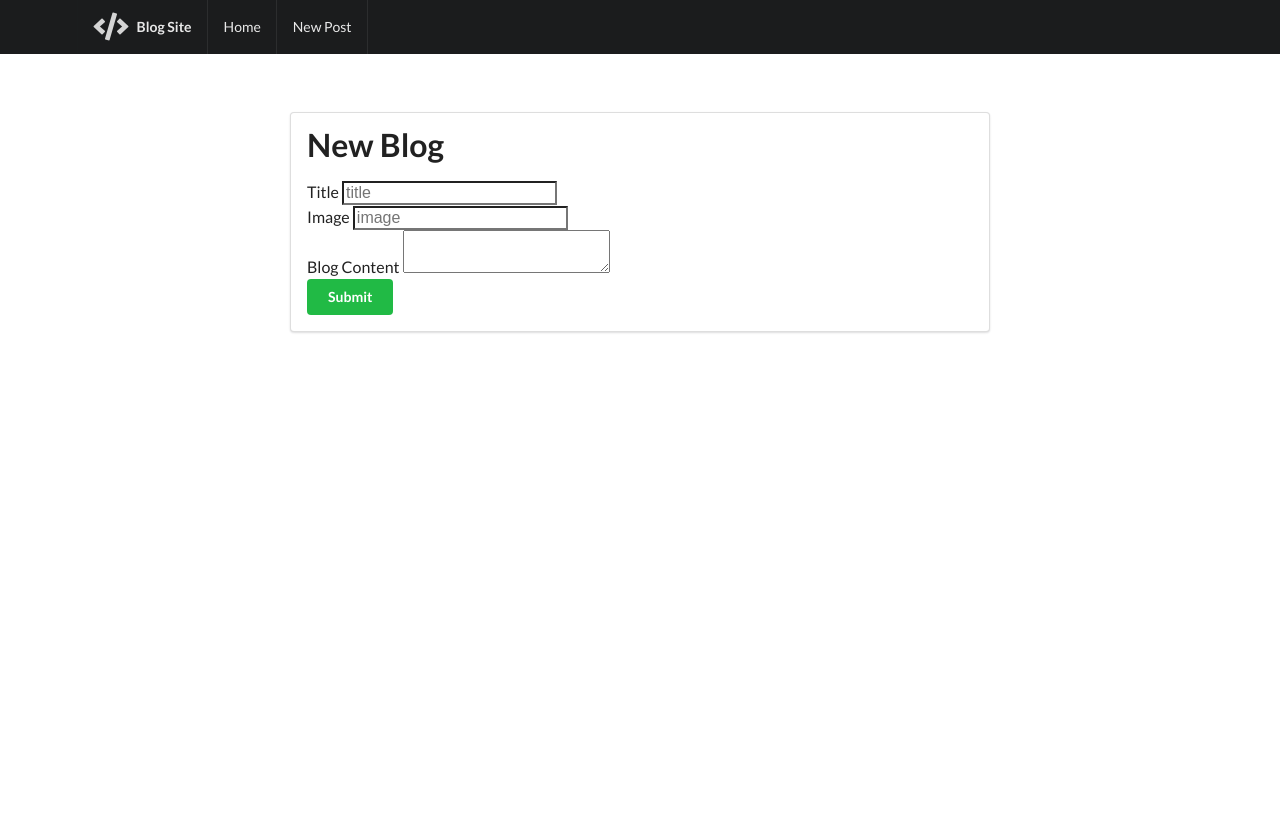
Repository: bosicheng/yelpcamp-project
Page: http://localhost/blogs/new
The author's editor kept a record of every edit. The page is drawn from the files as they stood at one moment, then again after the next edit.
The browser window is 1280 px wide. The pictures show the whole page.
The page is served by the project's Node server (RESTful Routing/RESTfulBlogApp/app.js).

Above is the page before.

After the next edit:
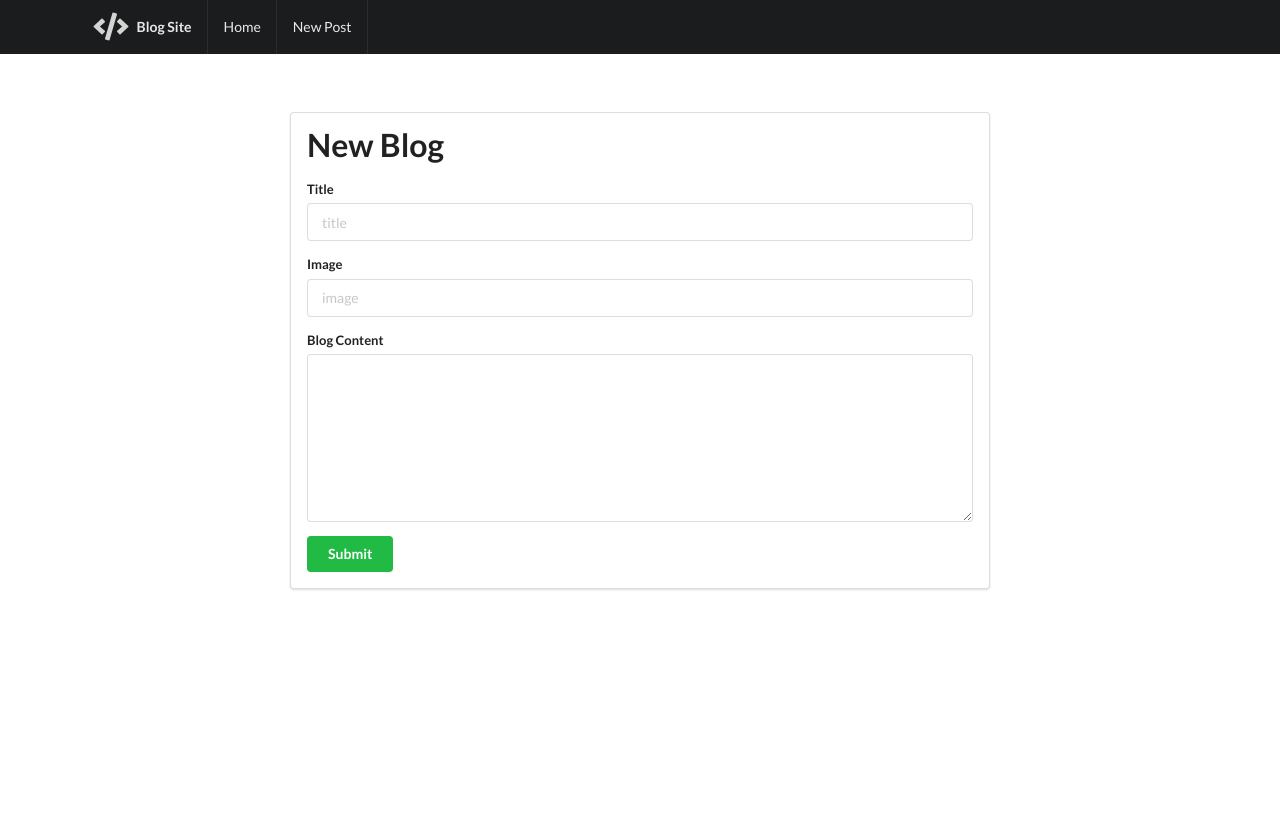
The edit:
--- a/RESTful Routing/RESTfulBlogApp/views/new.ejs
+++ b/RESTful Routing/RESTfulBlogApp/views/new.ejs
@@ -3,7 +3,7 @@
     <div class='ui huge header'>
         New Blog
     </div>
-    <form action='/blogs' method='POST'>
+    <form class='ui form' action='/blogs' method='POST'>
         <!--这里是直接添加req.body.body下属性而不是先改req.body下属性再加-->
         <div class='field'>
             <label>Title</label>
